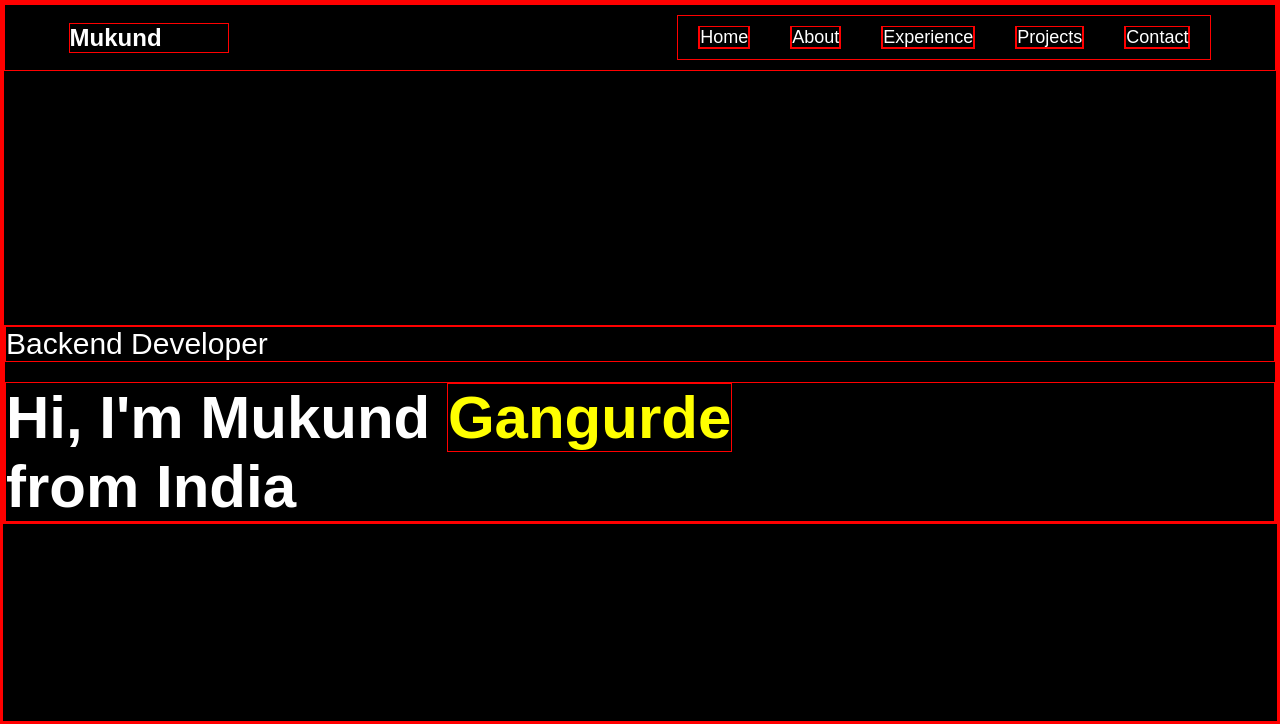
Repository: mukundgangurde/expense-tracker
Page: index.html
The author's editor kept a copy of each file at every save. The page is drawn from the files as they stood at one save, then again after the next save.
The browser window is 1280 px wide. The pictures show the whole page.

Above is the page before, as saved 2025-11-02 18:00:28.

After the next save:
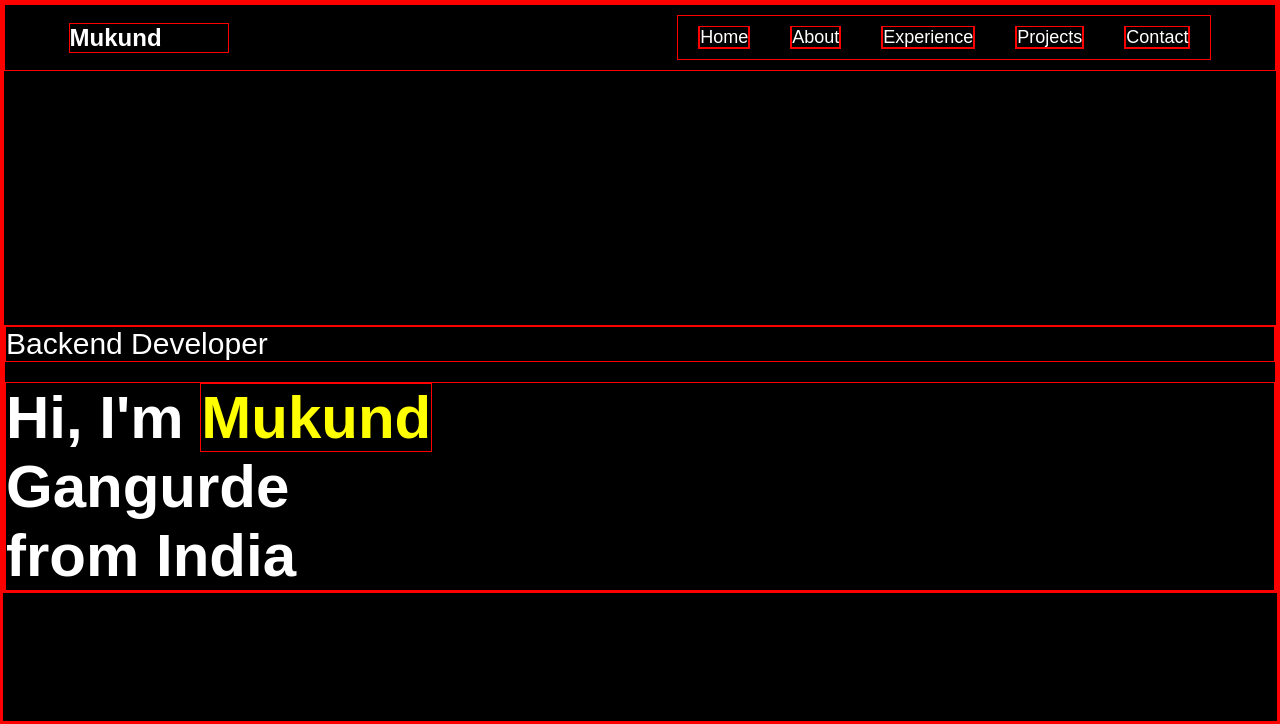
Saved 67 s later.
--- a/index.html
+++ b/index.html
@@ -26,7 +26,7 @@
 
       <div class="header-text">
         <p>Backend Developer</p>
-        <h1>Hi, I'm Mukund <span>Gangurde</span> <br> from India</h1>
+        <h1>Hi, I'm <span>Mukund</span><br>Gangurde <br> from India</h1>
       </div>
     </div>
   </div>
